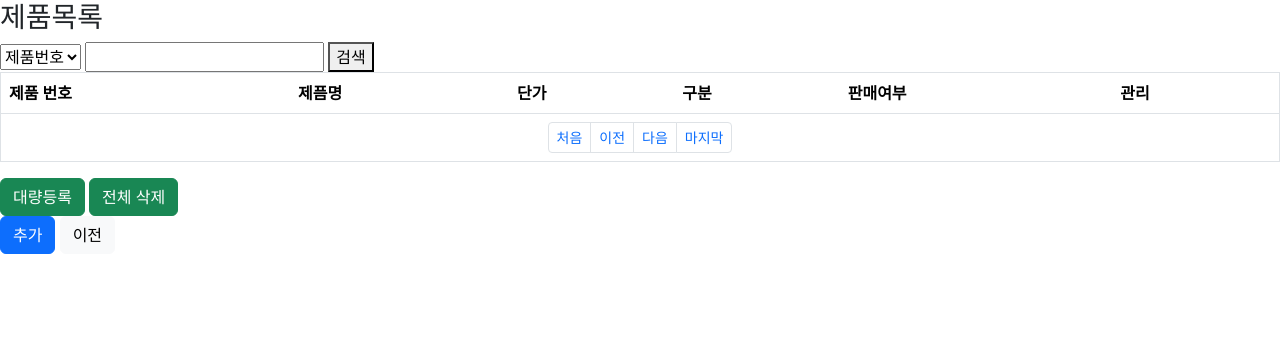
Repository: Hongsomang/spring2
Page: http://localhost/StarCafe/WEB-INF/views/product/list.jsp
These files come from the project's save history. The page is drawn as it stood at one moment and after the next save; the edit follows.
The browser window is 1280 px wide. The pictures show the whole page.
The page is served by Tomcat 9. Nobody is signed in. Other server files are loaded and not shown. The template is opened directly, without the code that normally fills it, so the values that code supplies are empty.

Above is the page before, as saved 2023-03-09 01:47:30.

### StarCafe/src/main/webapp/WEB-INF/views/product/list.jsp
<%@ page language="java" contentType="text/html; charset=UTF-8"
	pageEncoding="UTF-8"%>

<%@ taglib uri="http://java.sun.com/jsp/jstl/core" prefix="c"%>
<!DOCTYPE html>
<html>
<head>
<meta charset="UTF-8">
<jsp:include page="../header.jsp"></jsp:include>

</head>
<body>
	<div>
		<div>
			<h3>제품목록</h3>
		</div>
		<div>
			<form action="">
				<select name="search">
					<option value="1">제품번호</option>
					<option value="2">제품명</option>
					<option value="3">단가</option>
					<option value="4">구분</option>
					<option value="5">판매여부</option>
				</select>
				<input name="keyword" type="text">
				<button >검색</button>
			</form>
		</div>
		<div>
			<table border="1" class="table">
				<thead>
					<tr>
						<th scope="col">제품 번호</th>
						<th scope="col">제픔명</th>
						<th scope="col">단가</th>
						<th scope="col">구분</th>
						<th scope="col">판매여부</th>
						<th scope="col">관리</th>
					</tr>
				</thead>

				<tbody class="table-group-divider">
					<c:if test="${list.size() < 1 }">
						<tr scope="row">
							<td colspan="6">등록 된 제품이 없습니다.</td>
						</tr>
					</c:if>
					<c:forEach items="${list}" var="item">
						<tr scope="row">
							<td>${item.id }</td>
							<td>${item.name }</td>
							<td>${item.price }</td>
							<td>${item.category_ }</td>
							<td>${item.status_ }</td>
							<td><a class="btn btn-warning" href="update/${item.id}">변경</a><a
								class="btn btn-danger" href="delete/${item.id }">삭제</a></td>
						</tr>
					</c:forEach>
				</tbody>
				<tfoot>
					<tr>
						<td colspan="6">
							<ol style="margin:0" class="pagination pagination-sm justify-content-center">
							<li class="page-item"><a class="page-link" href="?page=1"> 처음</a></li>
								<li class="page-item" ><a class="page-link" href="?page=${pager.prev}"> 이전</a></li>
								<c:forEach items="${pager.list }" var="page">
									<li class="page-item ${page eq pager.page  ? 'active' : '' }"  ><a class="page-link" href="?page=${page}"> ${page}</a></li>
								</c:forEach>

								<li class="page-item" ><a class="page-link" href="?page=${pager.next}"> 다음</a></li>
								<li class="page-item" ><a class="page-link" href="?page=${pager.last}"> 마지막</a></li>
							</ol>
						</td>
					</tr>
				</tfoot>
			</table>
		</div>
		<div>
			<a class="btn btn-success" href="dummy">대량등록</a> <a
				class="btn btn-success" href="init">전체 삭제</a>
		</div>
		<div>
			<a class="btn btn-primary" href="add">추가</a> <a class="btn btn-light"
				href="../">이전</a>
		</div>
	</div>
</body>
</html>

### StarCafe/src/main/webapp/WEB-INF/views/header.jsp
<%@ page language="java" contentType="text/html; charset=UTF-8"
    pageEncoding="UTF-8"%>
<!DOCTYPE html>
<html>
<head>
<meta charset="UTF-8">
<meta name="viewport" content="width-drive.width, initial-scale=1.0">
<link href="https://cdn.jsdelivr.net/npm/bootstrap@5.3.0-alpha1/dist/css/bootstrap.min.css" rel="stylesheet" >
<script src="https://cdn.jsdelivr.net/npm/bootstrap@5.3.0-alpha1/dist/js/bootstrap.bundle.min.js" ></script>
<title>Insert title here</title>
</head>
<body>

</body>
</html>

After the next save:
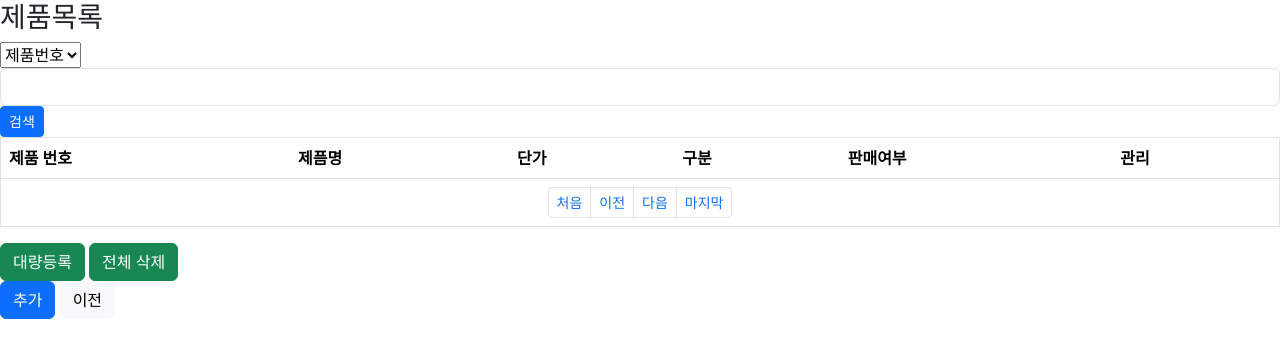
Saved 3 min 50 s later.
--- a/StarCafe/src/main/webapp/WEB-INF/views/product/list.jsp
+++ b/StarCafe/src/main/webapp/WEB-INF/views/product/list.jsp
@@ -15,16 +15,18 @@
 			<h3>제품목록</h3>
 		</div>
 		<div>
-			<form action="">
-				<select name="search">
+			<form >
+				<div>
+					<select name="search" class="select select-sm">
 					<option value="1">제품번호</option>
 					<option value="2">제품명</option>
 					<option value="3">단가</option>
 					<option value="4">구분</option>
 					<option value="5">판매여부</option>
 				</select>
-				<input name="keyword" type="text">
-				<button >검색</button>
+				<input name="keyword" type="text" class="form-control">
+				<button class="btn btn-sm btn-primary" >검색</button>
+				</div>
 			</form>
 		</div>
 		<div>
